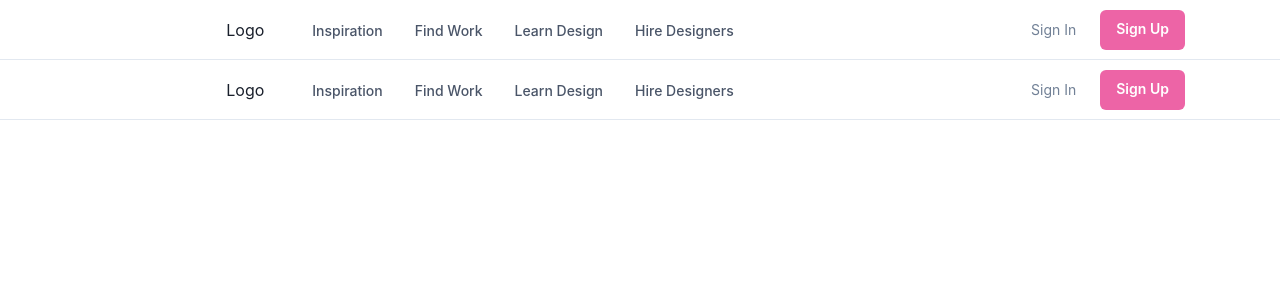
Repository: phob0/stake-app
Page: /layout
The author's editor kept a copy of each file at every save. The page is drawn from the files as they stood at one save, then again after the next save.
The browser window is 1280 px wide. The pictures show the whole page.
The project was rebuilt for these pictures with package versions that can differ from the ones it lists, and the page was loaded fresh each time. The framework's server and built-in components were replaced by stand-ins that run in the browser. Also part of the build but not shown: next.config.js.

Above is the page before, as saved 2023-08-31 03:23:46.

### pages/_app.tsx
import type { AppProps } from 'next/app'
import Layout from './layout'
import { ChakraProvider } from '@chakra-ui/react'

export default function ({ Component, pageProps }: AppProps) {
    return (
        <ChakraProvider>
            <Layout>
                <Component {...pageProps} />
            </Layout>
        </ChakraProvider>
    )
}

### pages/layout.tsx

import Navbar from './../components/Navbar/Navbar'

export default function Layout({ children }: {
    children: React.ReactNode;
}) {
    return (
        <div className="content">
            <Navbar />
            {children}
        </div>
    );
}

### components/Navbar/Navbar.tsx
'use client'

import {
  Box,
  Flex,
  Text,
  IconButton,
  Button,
  Stack,
  Collapse,
  Icon,
  Popover,
  PopoverTrigger,
  PopoverContent,
  useColorModeValue,
  useBreakpointValue,
  useDisclosure,
} from '@chakra-ui/react'
import {
  HamburgerIcon,
  CloseIcon,
  ChevronDownIcon,
  ChevronRightIcon,
} from '@chakra-ui/icons'

export default function Navbar() {
  const { isOpen, onToggle } = useDisclosure()

  return (
    <Box>
      <Flex
        bg={useColorModeValue('white', 'gray.800')}
        color={useColorModeValue('gray.600', 'white')}
        minH={'60px'}
        py={{ base: 2 }}
        px={{ base: 4 }}
        borderBottom={1}
        borderStyle={'solid'}
        borderColor={useColorModeValue('gray.200', 'gray.900')}
        align={'center'}>
        <Flex
          flex={{ base: 1, md: 'auto' }}
          ml={{ base: -2 }}
          display={{ base: 'flex', md: 'none' }}>
          <IconButton
            onClick={onToggle}
            icon={isOpen ? <CloseIcon w={3} h={3} /> : <HamburgerIcon w={5} h={5} />}
            variant={'ghost'}
            aria-label={'Toggle Navigation'}
          />
        </Flex>
        <Flex flex={{ base: 3 }} justify={{ base: 'center', md: 'center' }}>
          <Text
            textAlign={useBreakpointValue({ base: 'center', md: 'left' })}
            fontFamily={'heading'}
            color={useColorModeValue('gray.800', 'white')}>
            Logo
          </Text>

          <Flex display={{ base: 'none', md: 'flex' }} ml={10}>
            <DesktopNav />
          </Flex>
        </Flex>

        <Stack
          flex={{ base: 1, md: 1 }}
          justify={'center'}
          direction={'row'}
          spacing={6}>
          <Button as={'a'} fontSize={'sm'} fontWeight={400} variant={'link'} href={'#'}>
            Sign In
          </Button>
          <Button
            as={'a'}
            display={{ base: 'none', md: 'inline-flex' }}
            fontSize={'sm'}
            fontWeight={600}
            color={'white'}
            bg={'pink.400'}
            href={'#'}
            _hover={{
              bg: 'pink.300',
            }}>
            Sign Up
          </Button>
        </Stack>
      </Flex>

      <Collapse in={isOpen} animateOpacity>
        <MobileNav />
      </Collapse>
    </Box>
  )
}

const DesktopNav = () => {
  const linkColor = useColorModeValue('gray.600', 'gray.200')
  const linkHoverColor = useColorModeValue('gray.800', 'white')
  const popoverContentBgColor = useColorModeValue('white', 'gray.800')

  return (
    <Stack direction={'row'} spacing={4}>
      {NAV_ITEMS.map((navItem) => (
        <Box key={navItem.label}>
          <Popover trigger={'hover'} placement={'bottom-start'}>
            <PopoverTrigger>
              <Box
                as="a"
                p={2}
                href={navItem.href ?? '#'}
                fontSize={'sm'}
                fontWeight={500}
                color={linkColor}
                _hover={{
                  textDecoration: 'none',
                  color: linkHoverColor,
                }}>
                {navItem.label}
              </Box>
            </PopoverTrigger>

            {navItem.children && (
              <PopoverContent
                border={0}
                boxShadow={'xl'}
                bg={popoverContentBgColor}
                p={4}
                rounded={'xl'}
                minW={'sm'}>
                <Stack>
                  {navItem.children.map((child) => (
                    <DesktopSubNav key={child.label} {...child} />
                  ))}
                </Stack>
              </PopoverContent>
            )}
          </Popover>
        </Box>
      ))}
    </Stack>
  )
}

const DesktopSubNav = ({ label, href, subLabel }: NavItem) => {
  return (
    <Box
      as="a"
      href={href}
      role={'group'}
      display={'block'}
      p={2}
      rounded={'md'}
      _hover={{ bg: useColorModeValue('pink.50', 'gray.900') }}>
      <Stack direction={'row'} align={'center'}>
        <Box>
          <Text
            transition={'all .3s ease'}
            _groupHover={{ color: 'pink.400' }}
            fontWeight={500}>
            {label}
          </Text>
          <Text fontSize={'sm'}>{subLabel}</Text>
        </Box>
        <Flex
          transition={'all .3s ease'}
          transform={'translateX(-10px)'}
          opacity={0}
          _groupHover={{ opacity: '100%', transform: 'translateX(0)' }}
          justify={'flex-end'}
          align={'center'}
          flex={1}>
          <Icon color={'pink.400'} w={5} h={5} as={ChevronRightIcon} />
        </Flex>
      </Stack>
    </Box>
  )
}

const MobileNav = () => {
  return (
    <Stack bg={useColorModeValue('white', 'gray.800')} p={4} display={{ md: 'none' }}>
      {NAV_ITEMS.map((navItem) => (
        <MobileNavItem key={navItem.label} {...navItem} />
      ))}
    </Stack>
  )
}

const MobileNavItem = ({ label, children, href }: NavItem) => {
  const { isOpen, onToggle } = useDisclosure()

  return (
    <Stack spacing={4} onClick={children && onToggle}>
      <Box
        py={2}
        as="a"
        href={href ?? '#'}
        justifyContent="space-between"
        alignItems="center"
        _hover={{
          textDecoration: 'none',
        }}>
        <Text fontWeight={600} color={useColorModeValue('gray.600', 'gray.200')}>
          {label}
        </Text>
        {children && (
          <Icon
            as={ChevronDownIcon}
            transition={'all .25s ease-in-out'}
            transform={isOpen ? 'rotate(180deg)' : ''}
            w={6}
            h={6}
          />
        )}
      </Box>

      <Collapse in={isOpen} animateOpacity style={{ marginTop: '0!important' }}>
        <Stack
          mt={2}
          pl={4}
          borderLeft={1}
          borderStyle={'solid'}
          borderColor={useColorModeValue('gray.200', 'gray.700')}
          align={'start'}>
          {children &&
            children.map((child) => (
              <Box as="a" key={child.label} py={2} href={child.href}>
                {child.label}
              </Box>
            ))}
        </Stack>
      </Collapse>
    </Stack>
  )
}

interface NavItem {
  label: string
  subLabel?: string
  children?: Array<NavItem>
  href?: string
}

const NAV_ITEMS: Array<NavItem> = [
  {
    label: 'Inspiration',
    children: [
      {
        label: 'Explore Design Work',
        subLabel: 'Trending Design to inspire you',
        href: '#',
      },
      {
        label: 'New & Noteworthy',
        subLabel: 'Up-and-coming Designers',
        href: '#',
      },
    ],
  },
  {
    label: 'Find Work',
    children: [
      {
        label: 'Job Board',
        subLabel: 'Find your dream design job',
        href: '#',
      },
      {
        label: 'Freelance Projects',
        subLabel: 'An exclusive list for contract work',
        href: '#',
      },
    ],
  },
  {
    label: 'Learn Design',
    href: '#',
  },
  {
    label: 'Hire Designers',
    href: '#',
  },
]

After the next save:
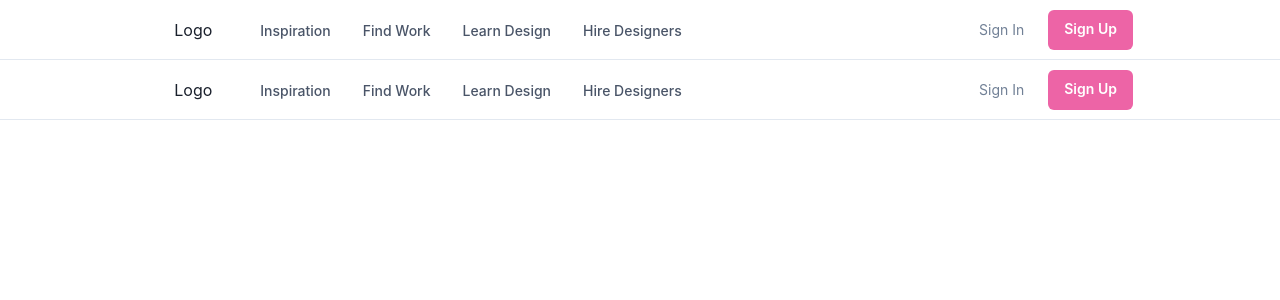
Saved 10 s later.
--- a/components/Navbar/Navbar.tsx
+++ b/components/Navbar/Navbar.tsx
@@ -49,7 +49,7 @@ export default function Navbar() {
             aria-label={'Toggle Navigation'}
           />
         </Flex>
-        <Flex flex={{ base: 3 }} justify={{ base: 'center', md: 'center' }}>
+        <Flex flex={{ base: 2 }} justify={{ base: 'center', md: 'center' }}>
           <Text
             textAlign={useBreakpointValue({ base: 'center', md: 'left' })}
             fontFamily={'heading'}
